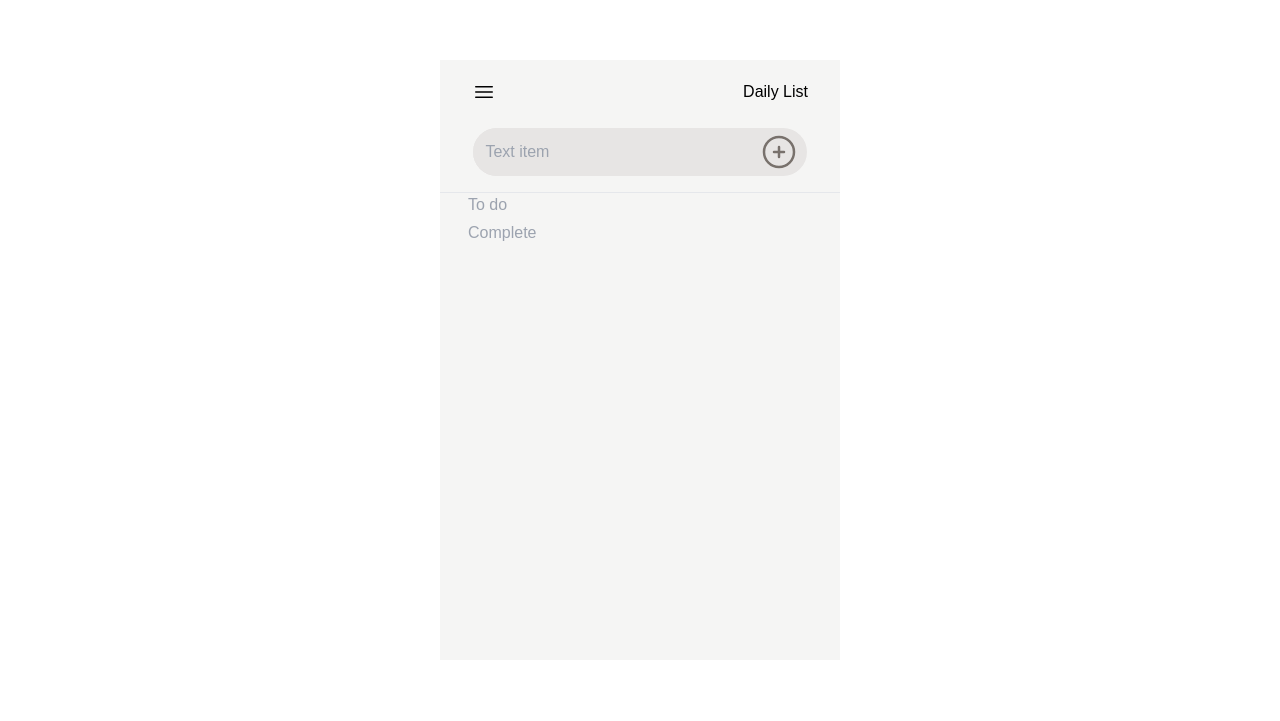
Repository: hsumyatm7308/TodolistbyPHP
Page: http://localhost/
The author's editor kept a copy of each file at every save. The page is drawn from the files as they stood at one save, then again after the next save.
The browser window is 1280 px wide. The pictures show the whole page.
Some web libraries are served in a nearby version. The page is run by PHP 8.4 with error messages shown; the project is at /var/www/html/. Queries for data that is not in the repository find no rows.

Above is the page before, as saved 2023-07-12 13:25:40.

### index.php
<!DOCTYPE html>
<html lang="en">

<head>
    <meta charset="UTF-8">
    <meta name="viewport" content="width=device-width, initial-scale=1.0">
    <title>To Do List</title>
    <link rel="stylesheet" href="https://cdnjs.cloudflare.com/ajax/libs/font-awesome/6.4.0/css/all.min.css">
    <script src="https://cdn.tailwindcss.com"></script>

    <style>
        * {
            font-family: sans-serif;
        }

        .scrollbar-hide::-webkit-scrollbar {
            display: none;
        }
    </style>

</head>

<body>
    <div class="w-screen h-screen container flex justify-center items-center">
        <div class="w-[400px] h-[600px] bg-stone-100">
            <!-- header nav  -->
            <div class="w-full h-14 flex justify-between items-center p-8">
                <div>
                    <svg xmlns="http://www.w3.org/2000/svg" fill="none" viewBox="0 0 24 24" stroke-width="1.5"
                        stroke="currentColor" class="w-6 h-6">
                        <path stroke-linecap="round" stroke-linejoin="round"
                            d="M3.75 6.75h16.5M3.75 12h16.5m-16.5 5.25h16.5" />
                    </svg>

                </div>
                <div>
                    <h4> Daily List</h4>
                </div>
            </div>








            <?php

            require_once("todoform.php");



            ?>

            <div class="w-full h-[500px] overflow-y-scroll scrollbar-hide">

                <?php

                require_once("deletetodo.php");



                // include("edittodo.php");

                require_once("complete.php");



                ?>
            </div>







        </div>
    </div>










</body>

</html>

### todoform.php
<?php
ini_set('display_errors', 1);
require_once("database.php");
require_once("create.php");

try {
    $stmt = $conn->prepare("SELECT id, task FROM todolist");
    $stmt->execute();
} catch (Exception $e) {
    echo "Found Error: " . $e->getMessage();
}
?>

<!-- update to do  -->

<h3 class="text-gray-400 ml-7 mb-1">To do</h3>

<?php while ($row = $stmt->fetch()): ?>
    <div name="taskitems" class="w-full h-auto flex justify-center items-center p-1">
        <div class="w-[85%] h-auto bg-stone-200 flex justify-between items-center p-3">
            <span class="flex justify-center items-center">
                <form action="" method="post">
                    <a href="index.php?id=<?php echo $row['id']; ?>" name="complete-check">
                        <i class="fa-regular fa-circle-check"></i>
                    </a>
                </form>
                <span class="ml-1">
                    <?php echo $row['task'] ?>
                </span>
            </span>
            <div class="flex justify-center items-center">
                <form action="editpage.php" class="edit-form" method="post">
                    <a href="editpage.php?id=<?php echo $row['id']; ?>" class="mr-4" type="submit" name="edit-task"
                        value="<?php echo $row['id']; ?>">
                        <svg xmlns="http://www.w3.org/2000/svg" fill="none" viewBox="0 0 24 24" stroke-width="1.5"
                            stroke="currentColor" class="w-6 h-6">
                            <path stroke-linecap="round" stroke-linejoin="round"
                                d="M16.862 4.487l1.687-1.688a1.875 1.875 0 112.652 2.652L10.582 16.07a4.5 4.5 0 01-1.897 1.13L6 18l.8-2.685a4.5 4.5 0 011.13-1.897l8.932-8.931zm0 0L19.5 7.125M18 14v4.75A2.25 2.25 0 0115.75 21H5.25A2.25 2.25 0 013 18.75V8.25A2.25 2.25 0 015.25 6H10" />
                        </svg>
                    </a>
                </form>
                <form action="deletetodo.php" method="post" class="flex justify-center items-center">
                    <button type="submit" name="delete-task" value="<?php echo $row['id']; ?>" class="delete-task">
                        <svg xmlns="http://www.w3.org/2000/svg" fill="none" viewBox="0 0 24 24" stroke-width="1.5"
                            stroke="currentColor" class="w-6 h-6">
                            <path stroke-linecap="round" stroke-linejoin="round"
                                d="M14.74 9l-.346 9m-4.788 0L9.26 9m9.968-3.21c.342.052.682.107 1.022.166m-1.022-.165L18.16 19.673a2.25 2.25 0 01-2.244 2.077H8.084a2.25 2.25 0 01-2.244-2.077L4.772 5.79m14.456 0a48.108 48.108 0 00-3.478-.397m-12 .562c.34-.059.68-.114 1.022-.165m0 0a48.11 48.11 0 013.478-.397m7.5 0v-.916c0-1.18-.91-2.164-2.09-2.201a51.964 51.964 0 00-3.32 0c-1.18.037-2.09 1.022-2.09 2.201v.916m7.5 0a48.667 48.667 0 00-7.5 0" />
                        </svg>
                    </button>
                </form>
            </div>
        </div>
    </div>
<?php endwhile; ?>

### database.php
<?php

$dbhost = 'localhost';
$dbuser = 'root';
$dbpass = '';
$dbname = 'hmmdb';


try{

    $conn = new PDO("mysql:host=$dbhost;dbname=$dbname", $dbuser, $dbpass);
    $conn->setAttribute(PDO::ATTR_ERRMODE, PDO::ERRMODE_EXCEPTION);

    // echo "Connection successful";


}catch(Exception $e){
    "Error Found:".$e->getMessage();
}




?>

### create.php
<?php
ini_set('display_errors', 1);

require_once("database.php");

if ($_SERVER['REQUEST_METHOD'] === 'POST') {
    $getdata = $_POST['textbox'];

    if (isset($_POST['submit'])) {
        try {
            $stmt = $conn->prepare("INSERT INTO todolist (task) VALUES (:task)");

            $task = $getdata;

            if (empty($task)) {
                echo "";
            } else {
                $stmt->bindParam(':task', $task);
                $stmt->execute();



            }




        } catch (Exception $e) {
            echo "Error Found: " . $e->getMessage();
        }
    }






}
?>


<form action="" method="post" enctype="multipart/form-data" id="todoForm">

    <div class="w-full h-auto flex justify-center items-center p-1">
        <div class="w-[85%] h-auto bg-stone-200 flex justify-between items-center rounded-3xl">
            <input type="text" name="textbox"
                class="w-[85%] bg-stone-200 rounded-tl-3xl rounded-bl-3xl p-3 focus:outline-none"
                placeholder="Text item">


            <button type="submit" name="submit" id="submitBtn">
                <svg xmlns="http://www.w3.org/2000/svg" fill="none" viewBox="0 0 24 24" stroke-width="1.5"
                    stroke="currentColor" class="w-10 h-10 mr-2 text-stone-500 hover:text-stone-600">
                    <path stroke-linecap="round" stroke-linejoin="round"
                        d="M12 9v6m3-3H9m12 0a9 9 0 11-18 0 9 9 0 0118 0z" />
                </svg>
            </button>

        </div>
    </div>
    <hr class="mt-3">
</form>

### deletetodo.php
<?php
ob_start();

require_once("create.php");
require_once("todoform.php");
require_once("database.php");

if (isset($_POST['delete-task'])) {
    $deleteTaskID = $_POST['delete-task'];

    try {
        $stmt = $conn->prepare("DELETE FROM todolist WHERE id = :delid");
        $stmt->bindParam(":delid", $deleteTaskID);
        $stmt->execute();

        ob_end_clean();

        header("Location: index.php");
        exit();

    } catch (Exception $e) {
        echo "Error found: " . $e->getMessage();
    }
}
?>

### complete.php
<?php
// session_start();
ini_set('display_errors', 1);

require_once("database.php");

if(isset($_GET['id'])){
    global $conn;
    $comid = $_GET['id'];
    echo $comid."com";


    try {
        $stmt = $conn->prepare("SELECT id, task FROM todolist");
        // $stmt->bindParam(":id",$comid);
        $stmt->execute();
    } catch (Exception $e) {
        echo "Found Error: " . $e->getMessage();
    }
}

?>

<!-- <form action="" method="post" class="mt-3" enctype="multipart/form-data"> -->
    <h3 class="text-gray-400 ml-7 mb-1">Complete</h3>


    <?php while ($row = $stmt->fetch()): ?>

        <div class="w-full h-auto flex justify-center items-center p-1">
            <div class="w-[85%] h-auto bg-stone-200 flex justify-between items-center p-3">
                <span>
                    <i class="fa-solid fa-circle-check text-green-600"></i>
                    <span class="ml-1">
                    <?php echo $row['task'] ?>

                    </span>
                </span>
                <div>
                    <svg xmlns="http://www.w3.org/2000/svg" fill="none" viewBox="0 0 24 24" stroke-width="1.5"
                        stroke="currentColor" class="w-6 h-6">
                        <path stroke-linecap="round" stroke-linejoin="round"
                            d="M14.74 9l-.346 9m-4.788 0L9.26 9m9.968-3.21c.342.052.682.107 1.022.166m-1.022-.165L18.16 19.673a2.25 2.25 0 01-2.244 2.077H8.084a2.25 2.25 0 01-2.244-2.077L4.772 5.79m14.456 0a48.108 48.108 0 00-3.478-.397m-12 .562c.34-.059.68-.114 1.022-.165m0 0a48.11 48.11 0 013.478-.397m7.5 0v-.916c0-1.18-.91-2.164-2.09-2.201a51.964 51.964 0 00-3.32 0c-1.18.037-2.09 1.022-2.09 2.201v.916m7.5 0a48.667 48.667 0 00-7.5 0" />
                    </svg>
                </div>
            </div>
        </div>

        <?php endwhile; ?>


<!-- </form> -->

After the next save:
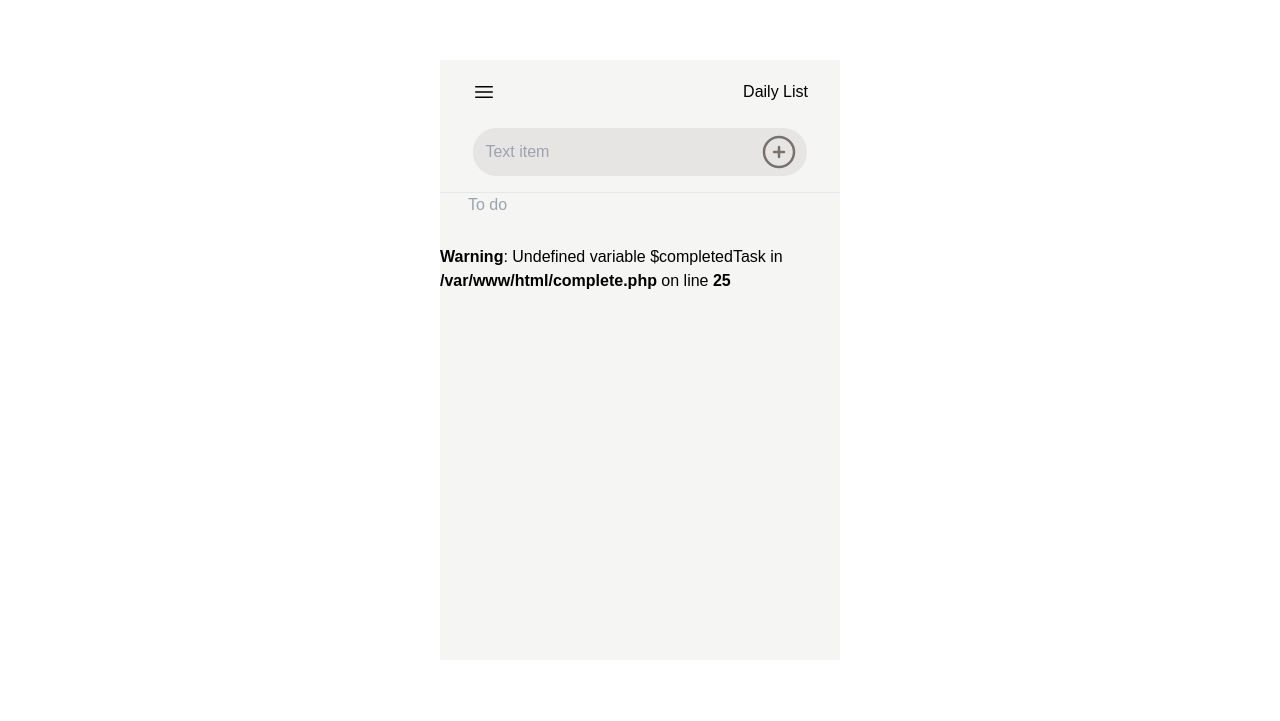
Saved 8 min 24 s later.
--- a/complete.php
+++ b/complete.php
@@ -4,49 +4,40 @@ ini_set('display_errors', 1);
 
 require_once("database.php");
 
-if(isset($_GET['id'])){
+if (isset($_GET['id'])) {
     global $conn;
     $comid = $_GET['id'];
-    echo $comid."com";
-
+    echo $comid . "com";
 
     try {
-        $stmt = $conn->prepare("SELECT id, task FROM todolist");
-        // $stmt->bindParam(":id",$comid);
+        $stmt = $conn->prepare("SELECT id, task FROM todolist WHERE id = :id");
+        $stmt->bindParam(":id", $comid);
         $stmt->execute();
+
+        $completedTask = $stmt->fetch(); // Fetch the completed task
     } catch (Exception $e) {
         echo "Found Error: " . $e->getMessage();
     }
 }
-
 ?>
 
-<!-- <form action="" method="post" class="mt-3" enctype="multipart/form-data"> -->
-    <h3 class="text-gray-400 ml-7 mb-1">Complete</h3>
-
-
-    <?php while ($row = $stmt->fetch()): ?>
-
-        <div class="w-full h-auto flex justify-center items-center p-1">
-            <div class="w-[85%] h-auto bg-stone-200 flex justify-between items-center p-3">
-                <span>
-                    <i class="fa-solid fa-circle-check text-green-600"></i>
-                    <span class="ml-1">
-                    <?php echo $row['task'] ?>
-
-                    </span>
+<!-- Display the completed task -->
+<?php if ($completedTask): ?>
+    <div class="w-full h-auto flex justify-center items-center p-1">
+        <div class="w-[85%] h-auto bg-stone-200 flex justify-between items-center p-3">
+            <span>
+                <i class="fa-solid fa-circle-check text-green-600"></i>
+                <span class="ml-1">
+                    <?php echo $completedTask['task']; ?>
                 </span>
-                <div>
-                    <svg xmlns="http://www.w3.org/2000/svg" fill="none" viewBox="0 0 24 24" stroke-width="1.5"
-                        stroke="currentColor" class="w-6 h-6">
-                        <path stroke-linecap="round" stroke-linejoin="round"
-                            d="M14.74 9l-.346 9m-4.788 0L9.26 9m9.968-3.21c.342.052.682.107 1.022.166m-1.022-.165L18.16 19.673a2.25 2.25 0 01-2.244 2.077H8.084a2.25 2.25 0 01-2.244-2.077L4.772 5.79m14.456 0a48.108 48.108 0 00-3.478-.397m-12 .562c.34-.059.68-.114 1.022-.165m0 0a48.11 48.11 0 013.478-.397m7.5 0v-.916c0-1.18-.91-2.164-2.09-2.201a51.964 51.964 0 00-3.32 0c-1.18.037-2.09 1.022-2.09 2.201v.916m7.5 0a48.667 48.667 0 00-7.5 0" />
-                    </svg>
-                </div>
+            </span>
+            <div>
+                <svg xmlns="http://www.w3.org/2000/svg" fill="none" viewBox="0 0 24 24" stroke-width="1.5"
+                    stroke="currentColor" class="w-6 h-6">
+                    <path stroke-linecap="round" stroke-linejoin="round"
+                        d="M14.74 9l-.346 9m-4.788 0L9.26 9m9.968-3.21c.342.052.682.107 1.022.166m-1.022-.165L18.16 19.673a2.25 2.25 0 01-2.244 2.077H8.084a2.25 2.25 0 01-2.244-2.077L4.772 5.79m14.456 0a48.108 48.108 0 00-3.478-.397m-12 .562c.34-.059.68-.114 1.022-.165m0 0a48.11 48.11 0 013.478-.397m7.5 0v-.916c0-1.18-.91-2.164-2.09-2.201a51.964 51.964 0 00-3.32 0c-1.18.037-2.09 1.022-2.09 2.201v.916m7.5 0a48.667 48.667 0 00-7.5 0" />
+                </svg>
             </div>
         </div>
-
-        <?php endwhile; ?>
-
-
-<!-- </form> -->
+    </div>
+<?php endif; ?>
